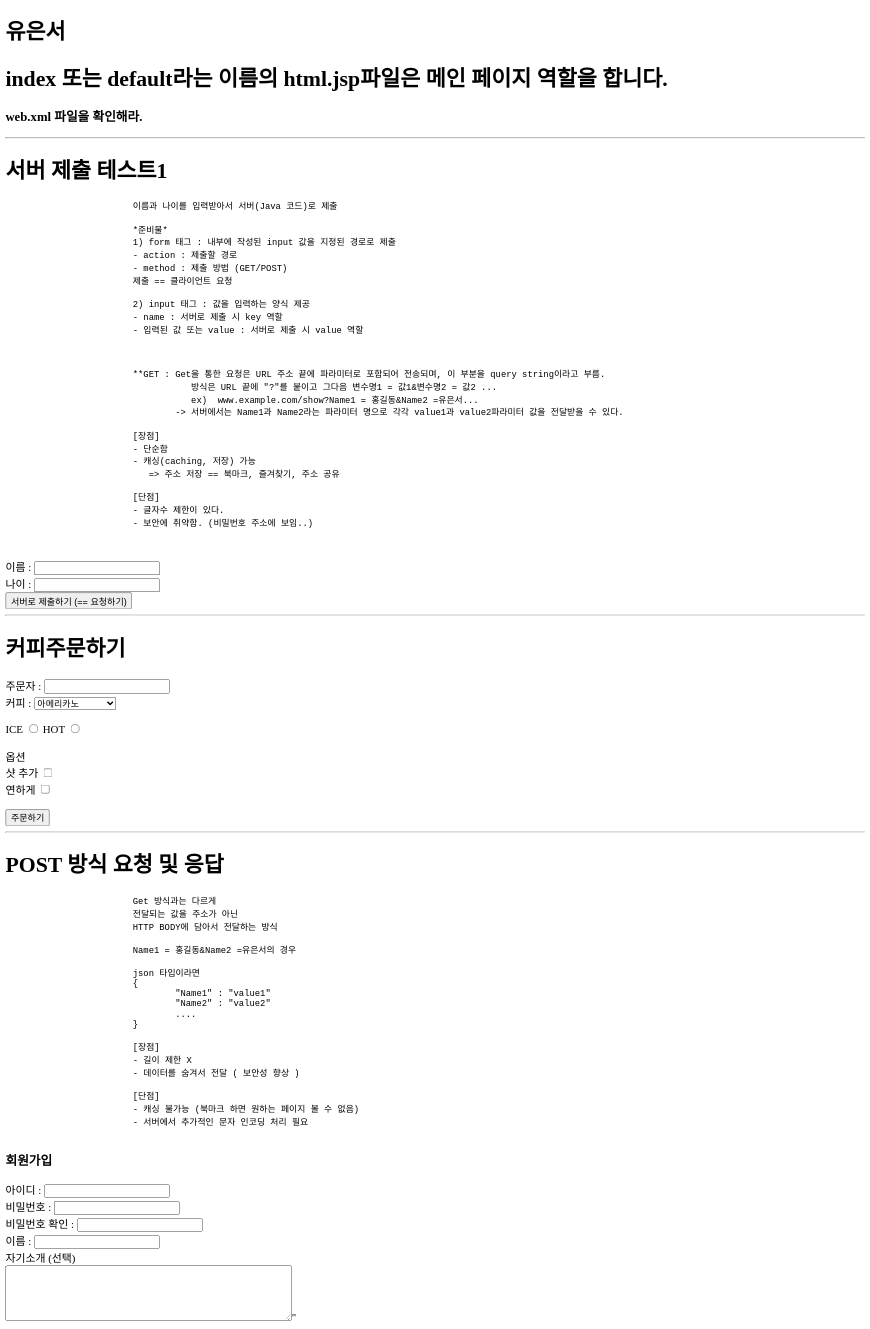
Repository: vegayes/06_Server
Page: ServletProject/src/main/webapp/index.html
The author's editor kept a copy of each file at every save. The page is drawn from the files as they stood at one save, then again after the next save.
The browser window is 1280 px wide. The pictures show the whole page, at 68% of full size.

Above is the page before, as saved 2023-09-15 03:09:15.

### ServletProject/src/main/webapp/index.html
<!DOCTYPE html>
<html lang="en">
	<head>
		<meta charset="UTF-8">
		<meta name="viewport" content="width=device-width, initial-scale=1.0">
		<title>Servlet 프로젝트</title>
	</head>
	<body>
		<h1>유은서</h1>
		<h1>index 또는 default라는 이름의 html.jsp파일은 메인 페이지 역할을 합니다.</h1>
		<h3>web.xml 파일을 확인해라.</h3>

		<hr>

		<h1>서버 제출 테스트1</h1>
		<pre>
			이름과 나이를 입력받아서 서버(Java 코드)로 제출

			*준비물*
			1) form 태그 : 내부에 작성된 input 값을 지정된 경로로 제출
			- action : 제출할 경로
			- method : 제출 방법 (GET/POST)
			제출 == 클라이언트 요청

			2) input 태그 : 값을 입력하는 양식 제공
			- name : 서버로 제출 시 key 역할
			- 입력된 값 또는 value : 서버로 제출 시 value 역할



			**GET : Get을 통한 요청은 URL 주소 끝에 파라미터로 포함되어 전송되며, 이 부분을 query string이라고 부름.
				   방식은 URL 끝에 "?"를 붙이고 그다음 변수명1 = 값1&변수명2 = 값2 ...
				   ex) 	www.example.com/show?Name1 = 홍길동&Name2 =유은서...
				-> 서버에서는 Name1과 Name2라는 파라미터 명으로 각각 value1과 value2파라미터 값을 전달받을 수 있다.

			[장점]
			- 단순함
			- 캐싱(caching, 저장) 가능
			   => 주소 저장 == 북마크, 즐겨찾기, 주소 공유

			[단점]
			- 글자수 제한이 있다.
			- 보안에 취약함. (비밀번호 주소에 보임..)

		</pre>

		<form action ="/example1" method="get">
			이름 : <input type ="text" name = "inputName"> <br>
			나이 : <input type="number" name = "inputAge"> <br>

			<button>서버로 제출하기 (== 요청하기)</button>
		</form>

		<hr>
		<h1>커피주문하기</h1>

		<form action ="/example2" method="get">
			주문자 : <input name ="orderer">
			<br>
			<!-- option에 value 없으면 작성된 내용이 value가 됨.-->
			커피 :
			<select name = "coffee">
				<option>아메리카노</option>
				<option>카페라떼</option>
				<option>카푸치노</option>
				<option>콜드브루</option>
				<option>민트초코칩프라페</option>
			</select>

			<br><br>
			ICE <input type ="radio" name = "type" value="ICE">
			HOT <input type ="radio" name = "type" value="HOT">
			<!--radio타입에서  value값 지정하지 않으면 on으로 제출됨 그래서 value값 지정하길 권장-->

			<br><br>
			옵션 <br>
			샷 추가 <input type="checkbox" name = "opt" value = "shot">
			<br>
			연하게 <input type="checkbox" name = "opt" value = "mild">

			<br><br>
			<button>주문하기</button>

		</form>


		<hr>

		<h1>POST 방식 요청 및 응답</h1>

		<pre>
			Get 방식과는 다르게
			전달되는 값을 주소가 아닌
			HTTP BODY에 담아서 전달하는 방식

			Name1 = 홍길동&Name2 =유은서의 경우

			json 타입이라면
			{
				"Name1" : "value1"
				"Name2" : "value2"
				....
			}

			[장점]
			- 길이 제한 X
			- 데이터를 숨겨서 전달 ( 보안성 향상 )

			[단점]
			- 캐싱 불가능 (북마크 하면 원하는 페이지 볼 수 없음)
			- 서버에서 추가적인 문자 인코딩 처리 필요
		</pre>



	    <h3>회원가입</h3>

		<form action = "/signUp" method="post">
			아이디 : <input name = "inputId" required><br>
			비밀번호 : <input type="password" "inputPw" required><br>
			비밀번호 확인 : <input type ="password" required><br>
			이름 : <input name = "inputName" required><br>

			자기소개 (선택) <br>
			<textarea name = "intro" cols="50" rows="5"></textarea>"

		</form>


















	</body>
</html>

After the next save:
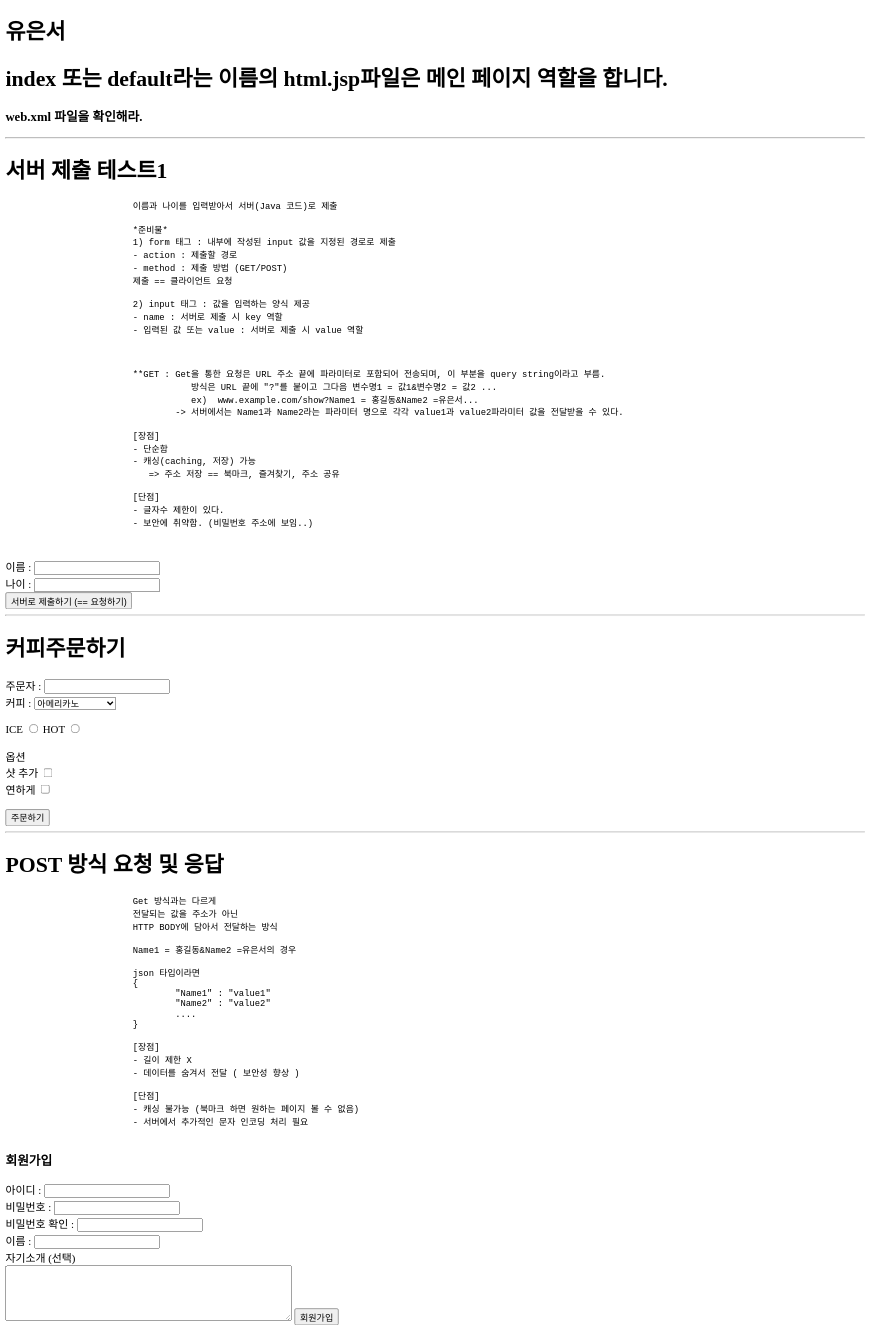
Saved 13 s later.
--- a/ServletProject/src/main/webapp/index.html
+++ b/ServletProject/src/main/webapp/index.html
@@ -122,7 +122,9 @@
 			이름 : <input name = "inputName" required><br>
 
 			자기소개 (선택) <br>
-			<textarea name = "intro" cols="50" rows="5"></textarea>"
+			<textarea name = "intro" cols="50" rows="5"></textarea>
+
+			<button>회원가입</button>
 
 		</form>
 
